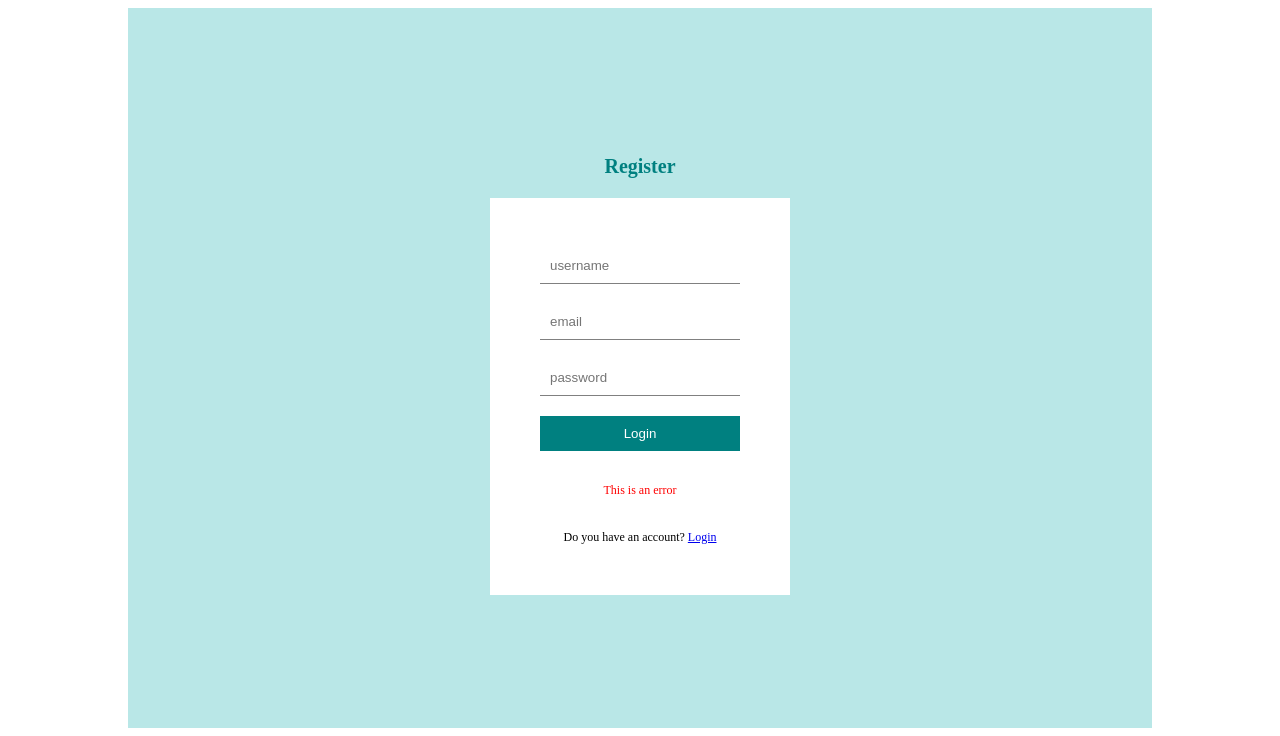
Repository: Jace9999/V-Blog
Page: /register (app in client/)
These files come from the project's save history. The page is drawn as it stood at one moment and after the next save; the edit follows.
The browser window is 1280 px wide. The pictures show the whole page.
The project was rebuilt for these pictures with package versions that can differ from the ones it lists, and the page was loaded fresh each time. Also part of the build but not shown: client/vite.config.js, client/src/pages/Home.jsx, client/src/pages/Single.jsx, client/src/pages/Write.jsx, client/src/pages/Login.jsx, client/src/components/Navbar.jsx, client/src/components/Footer.jsx.

Above is the page before, as saved 2023-08-03 07:49:49.

### client/src/App.jsx
import {
  createBrowserRouter,
  RouterProvider,
  Route,
  Outlet,
} from "react-router-dom"

import { Register } from "./pages/Register";
import { Home } from "./pages/Home";
import { Single } from "./pages/Single";
import { Write } from "./pages/Write";
import { Login } from "./pages/Login";
import { Navbar } from "./components/Navbar";
import { Footer } from "./components/Footer";
import "./style.scss"

const Layout = ()=>{
  return (
    <>
    <Navbar/>
    <Outlet/>
    <Footer/>
    </>
  );
};

const router = createBrowserRouter([
  {
    path: "/",
    element: <Layout/>,
    children:[
      {
       path:"/",
        element:<Home/>
      },
      {
        path:"/post/:id",
        element:<Single/>
      },
      {
        path:"/write",
        element:<Write/>
      }
  ]
  },
  {
    path: "/register",
    element: <Register/>
  },
  {
    path: "/single",
    element: <Single/>
  },
  {
    path: "/write",
    element: <Write/>
  },
  {
    path: "/login",
    element: <Login/>
  },
  {
    path: "/home",
    element: <Home/>
  }

]);



function App() {
  return (
    <div className="app">
      <div className="container">

        <RouterProvider router= {router}/>

      </div>
    </div>);
}



export default App;

### client/src/pages/Register.jsx
import React from 'react'
import { Link } from 'react-router-dom'

export const Register = () => {
  return (
    <div className='auth'>
      <h1>Register</h1>
      <form>
        <input type="text" placeholder='username'/>
        <input type="text" placeholder='email'/>
        <input type="password" placeholder='password'/>
        <button>Login</button>
        <p>This is an error</p>
        <span>Do you have an account? <Link to="/login">Login</Link></span>
      </form>

    </div>
  )
}

### client/src/style.scss
$lightGreen: #b9e7e7;

.app {
  display: flex;
  justify-content: center;
  .container {
    width: 1024px;

    .link {
      text-decoration: none;
      color: inherit;
    }
    //LOGIN & REGISTER

    .auth {
      display: flex;
      flex-direction: column;
      align-items: center;
      justify-content: center;
      height: 100vh;
      background-color: $lightGreen;

      h1 {
        font-size: 20px;
        color: teal;
        margin-bottom: 20px;
      }

      form {
        display: flex;
        flex-direction: column;
        padding: 50px;
        background-color: white;
        width: 200px;
        gap: 20px;

        input {
          padding: 10px;
          border: none;
          border-bottom: 1px solid gray;
        }

        button {
          padding: 10px;
          border: none;
          background-color: teal;
          cursor: pointer;
          color: white;
        }

        p {
          font-size: 12px;
          color: red;
          text-align: center;
        }

        span {
          font-size: 12px;
          text-align: center;
        }
      }
    }

    //NAVBAR

    .navbar {
      .container {
        padding: 10px 0px;
        display: flex;
        align-items: center;
        justify-content: space-between;
        .logo {
          img {
            width: 120px;
          }
        }
        .links {
          display: flex;
          align-items: center;
          gap: 10px;

          h6 {
            font-size: 16px;
            font-weight: 300;
          }

          span {
            cursor: pointer;
          }

          .write {
            background-color: $lightGreen;
            width: 50px;
            height: 50px;
            border-radius: 50%;
            display: flex;
            align-items: center;
            justify-content: center;
            font-weight: 300;
            border: 1px solid white;

            &:hover {
              color: teal;
              background-color: white;
              border: 1px solid teal;
            }
          }
        }
      }
    }

    //FOOTER

    footer {
      margin-top: 100px;
      padding: 20px;
      background-color: $lightGreen;
      display: flex;
      align-items: center;
      justify-content: space-between;
      font-size: 12px;
      img {
        height: 50px;
      }
    }

    //HOME

    .home {
      .posts {
        margin-top: 50px;
        display: flex;
        flex-direction: column;
        gap: 150px;

        .post {
          display: flex;
          gap: 100px;

          &:nth-child(2n + 1) {
            flex-direction: row-reverse;
          }

          .img {
            flex: 2;
            position: relative;

            &::after {
              content: "";
              width: 100%;
              height: 100%;
              background-color: $lightGreen;
              position: absolute;
              top: 20px;
              left: -20px;
              z-index: -1;
            }

            img {
              width: 100%;
              max-height: 400px;
              object-fit: cover;
            }
          }

          .content {
            flex: 3;
            display: flex;
            flex-direction: column;
            justify-content: space-between;

            h1 {
              font-size: 48px;
            }

            p {
              font-size: 18px;
            }

            button {
              width: max-content;
              padding: 10px 20px;
              border: none;
              cursor: pointer;
              background-color: white;
              border: 1px solid teal;
              color: teal;

              &:hover {
                border: 1px solid white;
                background-color: $lightGreen;
                color: black;
              }
            }
          }
        }
      }
    }

    //SINGLE

    .single {
      display: flex;
      gap: 50px;

      .content {
        flex: 5;
        display: flex;
        flex-direction: column;
        gap: 30px;

        img {
          width: 100%;
          height: 300px;
          object-fit: cover;
        }

        .user {
          display: flex;
          align-items: center;
          gap: 10px;
          font-size: 14px;
          img {
            width: 50px;
            height: 50px;
            border-radius: 50%;
            object-fit: cover;
          }

          span {
            font-weight: bold;
          }
        }

        .edit {
          display: flex;
          gap: 5px;

          img {
            width: 20px;
            height: 20px;
            cursor: pointer;
          }
        }

        h1 {
          font-size: 42px;
          color: #333;
        }

        p {
          text-align: justify;
          line-height: 30px;
        }
      }
      .menu {
        flex: 2;
        display: flex;
        flex-direction: column;
        gap: 25px;

        h1 {
          font-size: 20px;
          color: #555;
        }

        .post {
          display: flex;
          flex-direction: column;
          gap: 10px;

          img {
            width: 100%;
            height: 200px;
            object-fit: cover;
          }

          h2 {
            color: #555;
          }

          button {
            width: max-content;
            padding: 7.5px 15px;
            border: none;
            cursor: pointer;
            color: teal;
            background-color: white;
            border: 1px solid teal;

            &:hover {
              border: 1px solid white;
              background-color: $lightGreen;
              color: black;
            }
          }
        }
      }
    }

    //WRITE

    .add {
      margin-top: 20px;
      display: flex;
      gap: 20px;

      .content {
        flex: 5;
        display: flex;
        flex-direction: column;
        gap: 20px;

        input {
          padding: 10px;
          border: 1px solid lightgray;
        }

        .editorContainer {
          height: 300px;
          overflow: scroll;
          border: 1px solid lightgray;

          .editor {
            height: 100%;
            border: none;
          }
        }
      }

      .menu {
        flex: 2;
        display: flex;
        flex-direction: column;
        gap: 20px;

        .item {
          border: 1px solid lightgray;
          padding: 10px;
          flex:1;
          display: flex;
          flex-direction: column;
          justify-content: space-between;
          font-size: 12px;
          color: #555;

          h1{
            font-size: 20px;
          }

          .file{
            text-decoration: underline;
            cursor: pointer;
          }

          .buttons{
            display: flex;
            justify-content: space-between;

            :first-child{
              cursor: pointer;
              color: teal;
              background-color: white;
              border: 1px solid teal;
              padding: 3px 5px;
            }
            :last-child{
              cursor: pointer;
              color: white;
              background-color: teal;
              border: 1px solid teal;
              padding: 3px 5px;
            }
          }

          .cat{
            display: flex;
            align-items: center;
            gap: 2px;
            color: teal;
          }
        }
      }
    }
  }
}

Loaded but not shown: client/index.html (common file); client/src/main.jsx (common file)

After the next save:
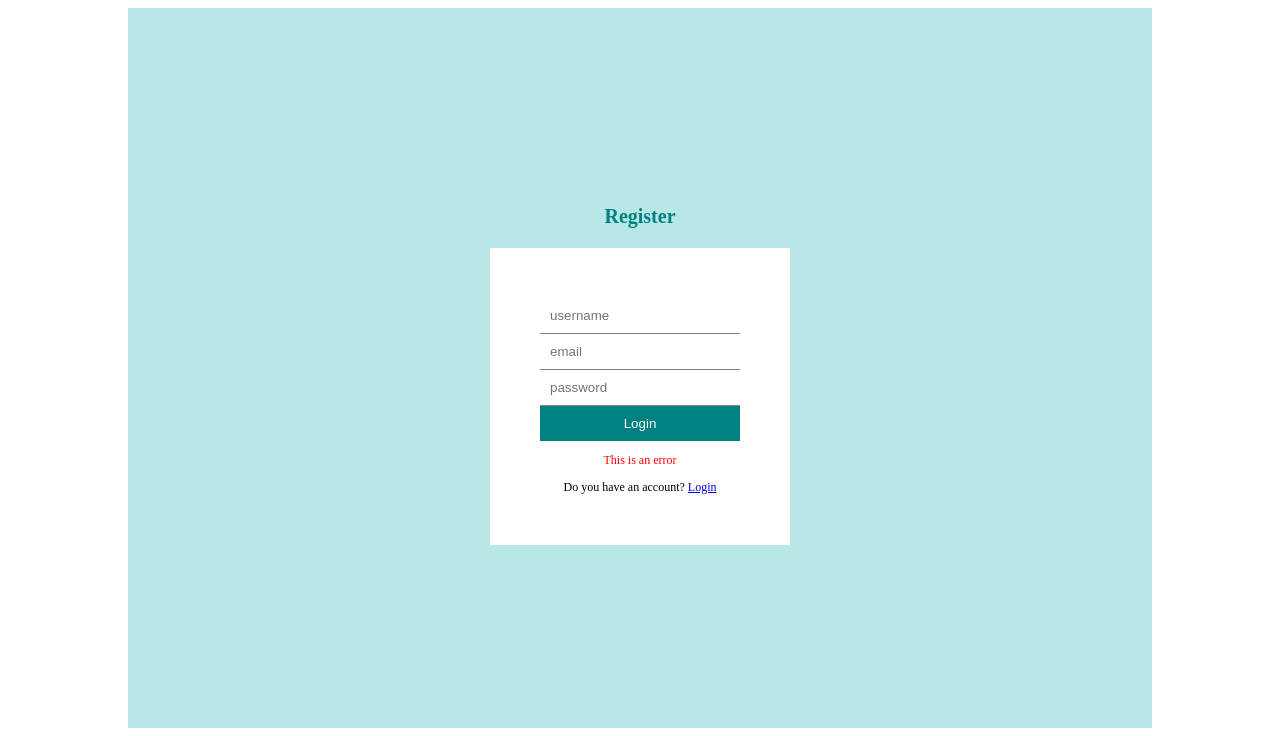
Saved 15 s later.
--- a/client/src/style.scss
+++ b/client/src/style.scss
@@ -32,7 +32,7 @@
         padding: 50px;
         background-color: white;
         width: 200px;
-        gap: 20px;
+
 
         input {
           padding: 10px;

After the save that followed:
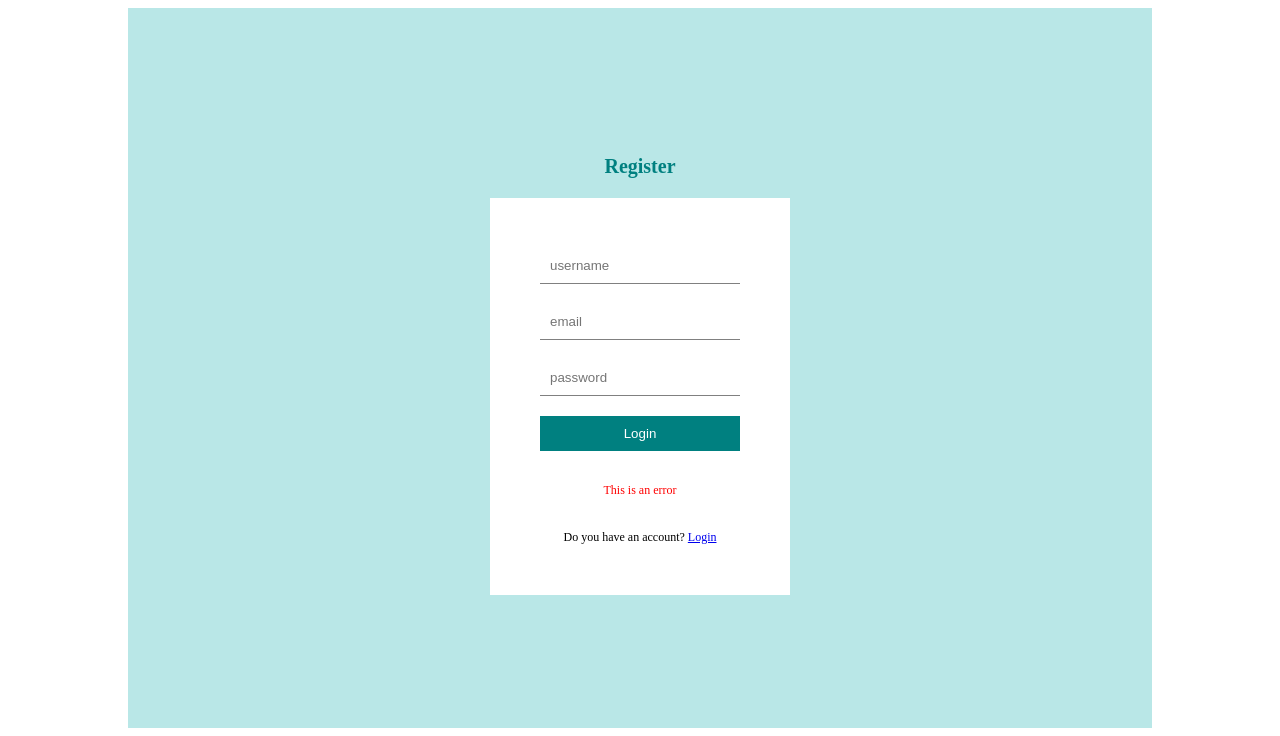
Saved 4 s later.
--- a/client/src/style.scss
+++ b/client/src/style.scss
@@ -32,7 +32,7 @@
         padding: 50px;
         background-color: white;
         width: 200px;
-
+        gap: 20px;
 
         input {
           padding: 10px;
